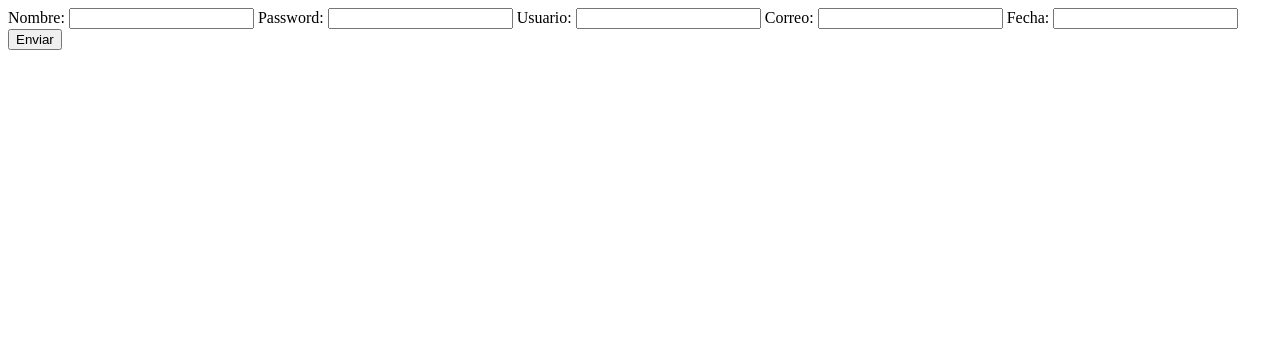
Repository: MarceArratia/ProyectosJava
Page: http://localhost/HoroscopoChino/RegistroUsuario.jsp
An editor plug-in stored every save of this project. The page is shown before and after the next save, followed by the edit.
The browser window is 1280 px wide. The pictures show the whole page.
The page is served by Tomcat 9.

Above is the page before, as saved 2020-08-06 01:16:25.

After the next save:
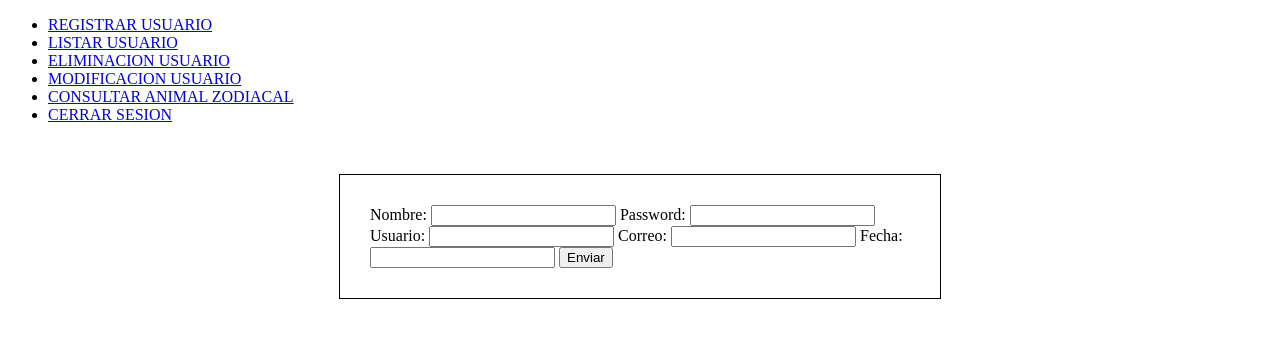
Saved 6 min 0 s later.
--- a/HoroscopoChino/WebContent/RegistroUsuario.jsp
+++ b/HoroscopoChino/WebContent/RegistroUsuario.jsp
@@ -7,6 +7,21 @@
 <title>Insert title here</title>
 </head>
 <body>
+<div id="container">
+		<!--Barra de navegacion -->
+		<nav class="navbar navbar-expand-sm bg-dark navbar-dark">
+			<ul class="navbar-nav">
+				<li class="nav-item"><a class="nav-link" href="RegistroUsuario">REGISTRAR USUARIO</a></li>
+				<li class="nav-item"><a class="nav-link" href="listarUsuarios.jsp">LISTAR USUARIO</a></li>
+				<li class="nav-item"><a class="nav-link" href="eliminacionUsuario.jsp">ELIMINACION USUARIO</a></li>
+				<li class="nav-item"><a class="nav-link" href="modificacionUsuario.jsp">MODIFICACION USUARIO</a></li>
+				<li class="nav-item"><a class="nav-link" href="horoscopo.jsp">CONSULTAR ANIMAL ZODIACAL</a></li>
+				<li class="nav-item"><a class="nav-link" href="cerrarSesion">CERRAR SESION</a></li>
+			</ul>
+		</nav>
+
+		<div id="contenedor" style="margin: 0 auto; border: 1px solid black; width: 600px; margin-top: 50px;">
+		<div id="content" style="margin:5%">
 <form action="registroUsuario" method="post">
 
 <label for="nombre">Nombre:</label>
